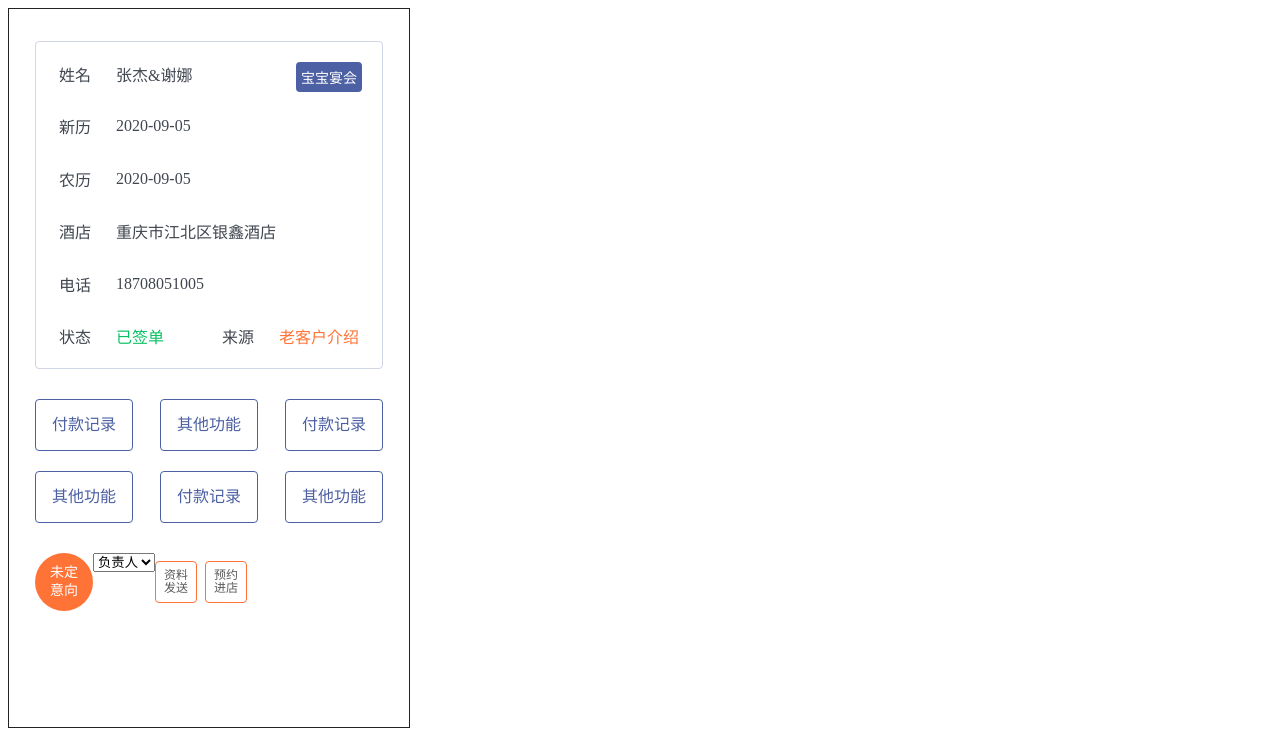
Repository: Lairuola/wedding-1
Page: index.html
These files come from the project's save history. The page is drawn as it stood at one moment and after the next save; the edit follows.
The browser window is 1280 px wide. The pictures show the whole page.

Above is the page before, as saved 2020-12-17 14:34:53.

### index.html
<!--
 * @Author       : 濑若拉
 * @Date         : 2020-12-17 10:22:14
 * @LastEditors  : 濑若拉
 * @LastEditTime : 2020-12-17 14:34:53
 * @FilePath     : /slidebar/index.html
-->


<!DOCTYPE html>
<html lang="en">

<head>
  <meta charset="UTF-8">
  <meta name="viewport" content="width=device-width, initial-scale=1.0">
  <title>Document</title>
  <style>
    .slide-left {
      width: 402px;
      height: 100vh;
      box-sizing: border-box;
      padding: 32px 26px;
      overflow-y: auto;
      display: flex;
      flex-direction: column;
      align-items: center;
      border: 1px solid #222;
    }

    .info {
      width: 100%;
      height: 328px;
      display: flex;
      flex-direction: column;
      justify-content: space-between;
      padding: 20px 23px;
      position: relative;
      box-sizing: border-box;
      border-radius: 4px;
      border: solid 1px #d1d6e7;
    }

    .info .row {
      width: 100%;
      display: flex;
      font-size: 16px;
      color: #414750;
      flex-direction: row;
      align-items: center;
    }

    .info .row .label,
    .info .end-row .item .label {
      margin-right: 25px;
    }

    .info .end-row {
      width: 100%;
      display: flex;
      flex-direction: row;
      align-items: center;
      justify-content: space-between;
      font-size: 16px;
      color: #414750;
    }

    .info .end-row .item {
      display: flex;
      flex-direction: row;
      align-items: center;
      font-size: 16px;
      color: #414750;
    }

    .info .info-tag {
      padding: 5px;
      background-color: #4c60a3;
      border-radius: 4px;
      font-size: 14px;
      color: #fff;
      position: absolute;
      top: 20px;
      right: 20px;
    }

    .btn-area {
      width: 100%;
      display: flex;
      flex-direction: row;
      align-items: center;
      justify-content: space-between;
      flex-wrap: wrap;
      margin-top: 10px;
      margin-bottom: 30px;
    }

    .btn-area .btn {
      width: 96px;
      height: 50px;
      background-color: #ffffff;
      border-radius: 4px;
      border: solid 1px #4c60a3;
      font-size: 16px;
      color: #4c60a3;
      text-align: center;
      line-height: 50px;
      margin-top: 20px;
    }

    .bot-area {
      width: 100%;
      display: flex;
      flex-direction: column;
    }

    .bot-area .item {
      width: 100%;
      display: flex;
      flex-direction: row;
    }

    .bot-area .item .circle {
      width: 58px;
      height: 58px;
      color: #fff;
      border-radius: 100%;
      display: flex;
      align-items: center;
      justify-content: center;
    }

    .bot-area .item .circle .text {
      width: 28px;
      height: 36px;
      font-size: 14px;
      line-height: 18px;
    }

    .bot-area .item .select-wrap {
      width: 96px;
      text-align: center;
    }

    .bot-area .item .select-wrap .bot-select {
      border: none;
      outline: none;
      color: #595959;
      font-size: 16px;
      height: 58px;
    }

    .bot-area .item .btn-row {
      flex: 1;
      display: flex;
      flex-direction: row;
      flex-wrap: wrap;
      margin-right: -8px;
    }

    .bot-area .item .btn-row .btn {
      width: 40px;
      height: 40px;
      border-radius: 4px;
      margin-right: 8px;
      border: 1px solid;
      display: flex;
      align-items: center;
      justify-content: center;
      margin-top: 8px;
      color: #595959;
    }

    .bot-area .item .btn-row .btn .word {
      width: 24px;
      height: 26px;
      font-size: 12px;
      line-height: 13px;
      letter-spacing: 0px;
    }

    .bot-area .item .btn-row .btn.orange {
      border-color: #ff7336;
    }

    .bot-area .item .btn-row .btn.orange:hover {
      background-color: #ff7336;
      color: #fff;
    }

    .color-green {
      color: #07c160
    }

    .color-orange {
      color: #ff7336;
    }

    .bg-color-red {
      background-color: #ff7336;
    }
  </style>
</head>

<body>
  <div class="slide-left">
    <!-- 资料 -->
    <div class="info">
      <div class="row">
        <div class="label">姓名</div>
        <div class="content">张杰&谢娜</div>
      </div>
      <div class="row">
        <div class="label">新历</div>
        <div class="content">2020-09-05</div>
      </div>
      <div class="row">
        <div class="label">农历</div>
        <div class="content">2020-09-05</div>
      </div>
      <div class="row">
        <div class="label">酒店</div>
        <div class="content">重庆市江北区银鑫酒店</div>
      </div>
      <div class="row">
        <div class="label">电话</div>
        <div class="content">18708051005</div>
      </div>
      <div class="end-row">
        <div class="item">
          <div class="label">状态</div>
          <div class="content color-green">已签单</div>
        </div>
        <div class="item">
          <div class="label">来源</div>
          <div class="content color-orange">老客户介绍</div>
        </div>
      </div>
      <!-- tag -->
      <div class="info-tag">宝宝宴会</div>
    </div>
    <!-- btn-area -->
    <div class="btn-area">
      <div class="btn">付款记录</div>
      <div class="btn">其他功能</div>
      <div class="btn">付款记录</div>
      <div class="btn">其他功能</div>
      <div class="btn">付款记录</div>
      <div class="btn">其他功能</div>
    </div>
    <!-- bot-area -->
    <div class="bot-area">
      <div class="item">
        <div class="circle bg-color-red">
          <div class="text">未定意向</div>
        </div>
        <div class="">
          <select class='bot-select' name="" id="">
            <option value="">负责人</option>
          </select>
        </div>
        <div class="btn-row">
          <div class="btn orange">
            <div class="word">资料发送</div>
          </div>
          <div class="btn orange">
            <div class="word">预约进店</div>
          </div>
        </div>
      </div>
    </div>
  </div>
</body>

</html>

After the next save:
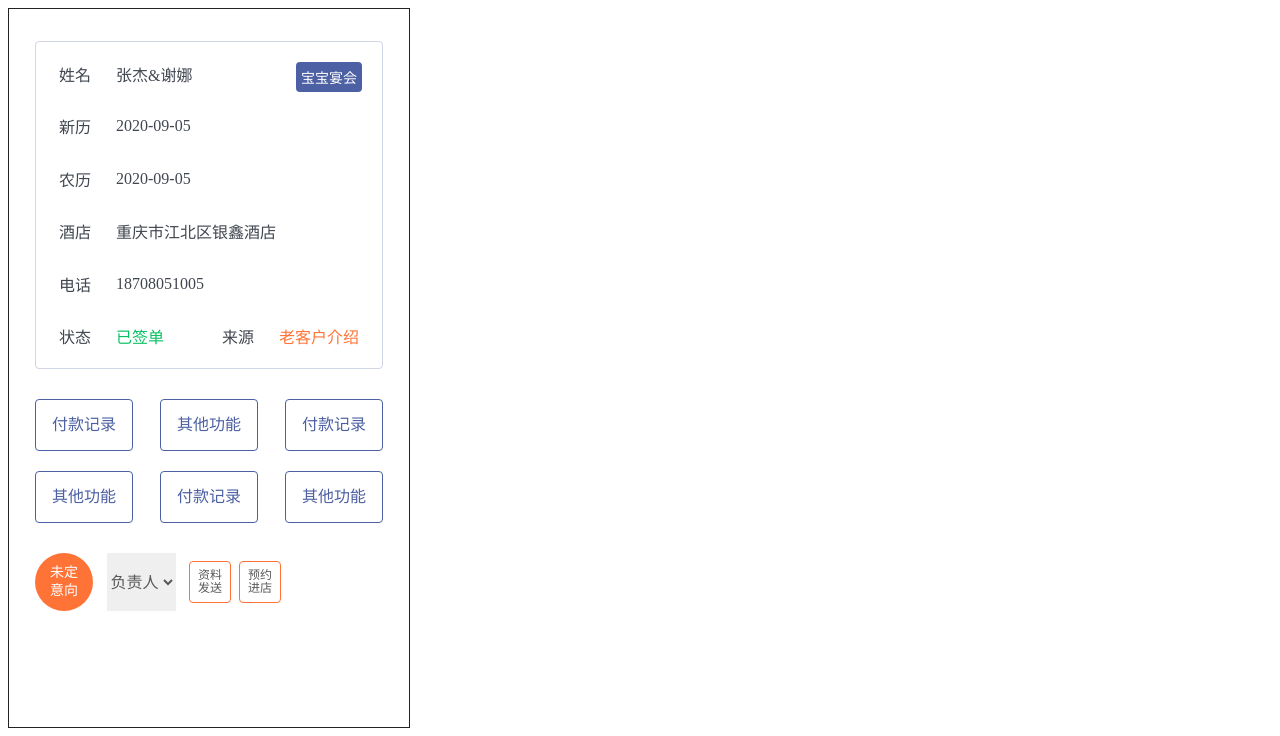
Saved 36 s later.
--- a/index.html
+++ b/index.html
@@ -2,7 +2,7 @@
  * @Author       : 濑若拉
  * @Date         : 2020-12-17 10:22:14
  * @LastEditors  : 濑若拉
- * @LastEditTime : 2020-12-17 14:34:53
+ * @LastEditTime : 2020-12-17 14:35:29
  * @FilePath     : /slidebar/index.html
 -->
 
@@ -253,7 +253,7 @@
         <div class="circle bg-color-red">
           <div class="text">未定意向</div>
         </div>
-        <div class="">
+        <div class="select-wrap">
           <select class='bot-select' name="" id="">
             <option value="">负责人</option>
           </select>
